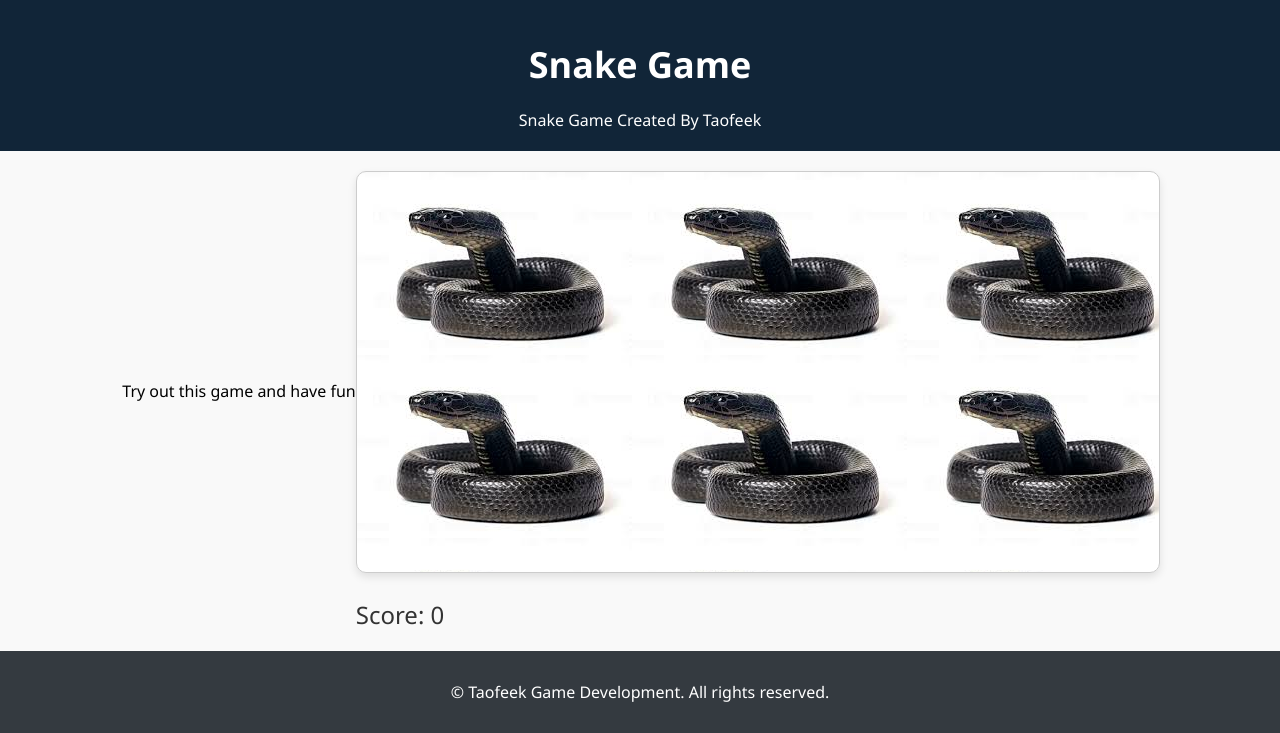
Repository: Taofeekolusola/Landing-page
Page: index.html
An editor plug-in stored every save of this project. The page is shown before and after a run of saves, followed by the edit.
The browser window is 1280 px wide. The pictures show the whole page.

Above is the page before, as saved 2024-05-06 18:37:20.
Not found: script.js

After the next 6 saves:
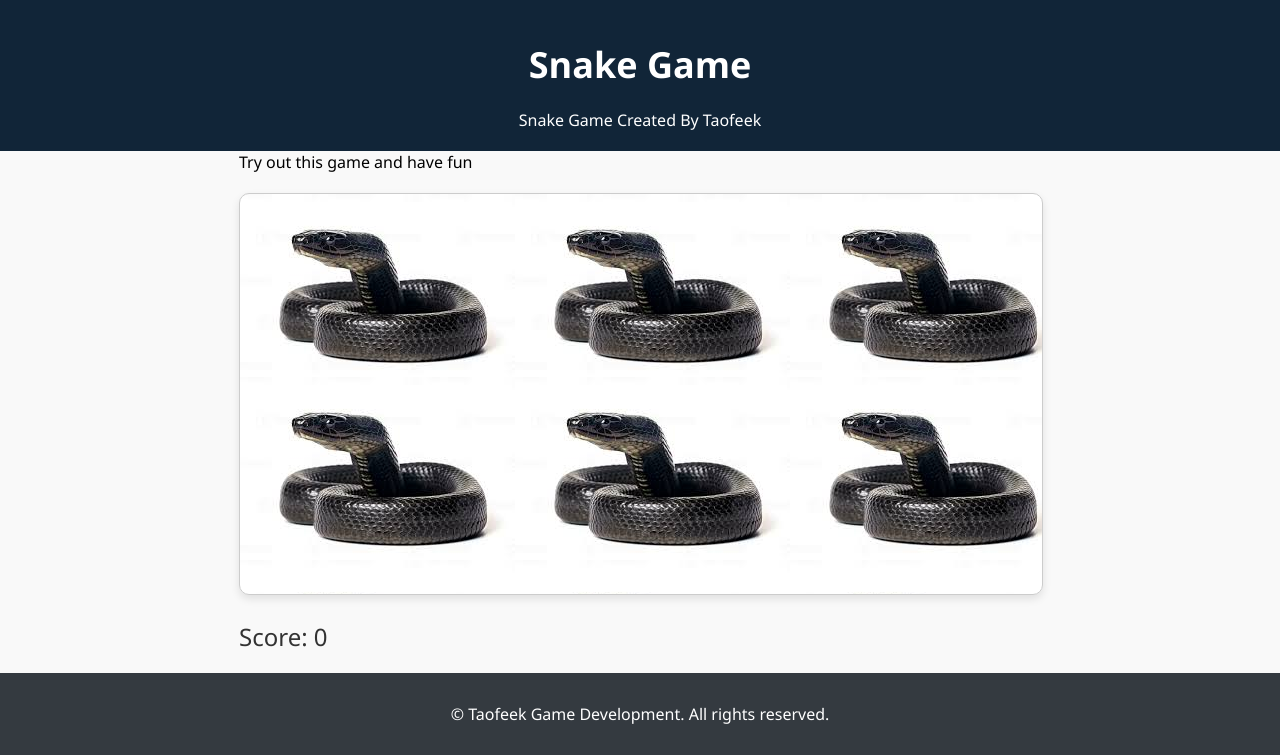
The 6 saves are shown as one change because they came seconds apart.
The last was saved 34 s later.
--- a/index.html
+++ b/index.html
@@ -14,8 +14,8 @@
         <div class="name">Snake Game Created By Taofeek</div>
     </header>
     <main>
-        <div class="text">Try out this game and have fun</div>
         <div>
+            <div class="text">Try out this game and have fun</div>
             <canvas class="snake"></canvas>
             <div id="score">Score: 0</div>
         </div>
